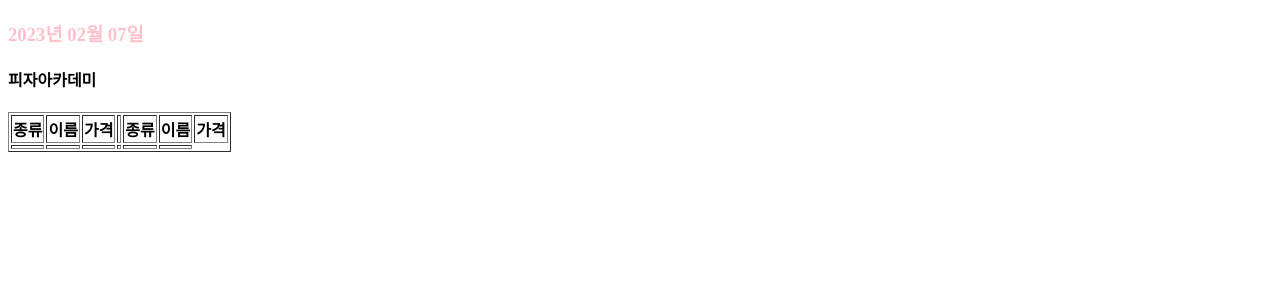
Repository: yejin0220/Web-workspace1
Page: http://localhost/2_JSP/views/04_PizzaOrderForm.jsp
The author's editor kept a copy of each file at every save. The page is drawn from the files as they stood at one save, then again after the next save.
The browser window is 1280 px wide. The pictures show the whole page.
The page is served by Tomcat 9.

Above is the page before, as saved 2023-02-09 00:48:11.

### 2_JSP/WebContent/views/04_PizzaOrderForm.jsp
<%@ page import="java.util.Date, java.text.SimpleDateFormat" %>
<%@ page language="java" contentType="text/html; charset=UTF-8"
    pageEncoding="UTF-8"%>
<!DOCTYPE html>
<html>
<head>
<meta charset="UTF-8">
<title>피자 주문 페이지</title>
<style>
	h3{color:pink;}
</style>
</head>
<body>

	<%

		Date date = new Date();
		SimpleDateFormat sdf = new SimpleDateFormat("yyyy년 MM월 dd일");
		String today = sdf.format(date);

	%>

	<h3><%= today %></h3>

	<h4>피자아카데미</h4>

	<table border="1">
		<tr>
			<th>종류</th>
			<th>이름</th>
			<th>가격</th>
			<th rowsapn="12"></th>
			<th>종류</th>
			<th>이름</th>
			<th>가격</th>
		</tr>
		<tr>
			<td></td>
			<td></td>
			<td></td>
			<td></td>
			<td></td>
			<td></td>



	</table>








</body>
</html>

After the next save:
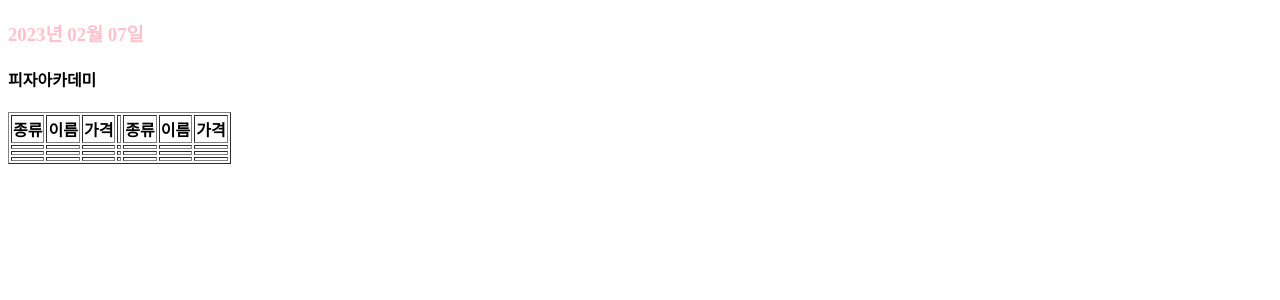
Saved 90 s later.
--- a/2_JSP/WebContent/views/04_PizzaOrderForm.jsp
+++ b/2_JSP/WebContent/views/04_PizzaOrderForm.jsp
@@ -29,7 +29,7 @@
 			<th>종류</th>
 			<th>이름</th>
 			<th>가격</th>
-			<th rowsapn="12"></th>
+			<th></th>
 			<th>종류</th>
 			<th>이름</th>
 			<th>가격</th>
@@ -41,6 +41,27 @@
 			<td></td>
 			<td></td>
 			<td></td>
+			<td></td>
+		</tr>
+		<tr>
+			<td></td>
+			<td></td>
+			<td></td>
+			<td></td>
+			<td></td>
+			<td></td>
+			<td></td>
+		</tr>
+		<tr>
+			<td></td>
+			<td></td>
+			<td></td>
+			<td></td>
+			<td></td>
+			<td></td>
+			<td></td>
+		</tr>
+
 
 
 
